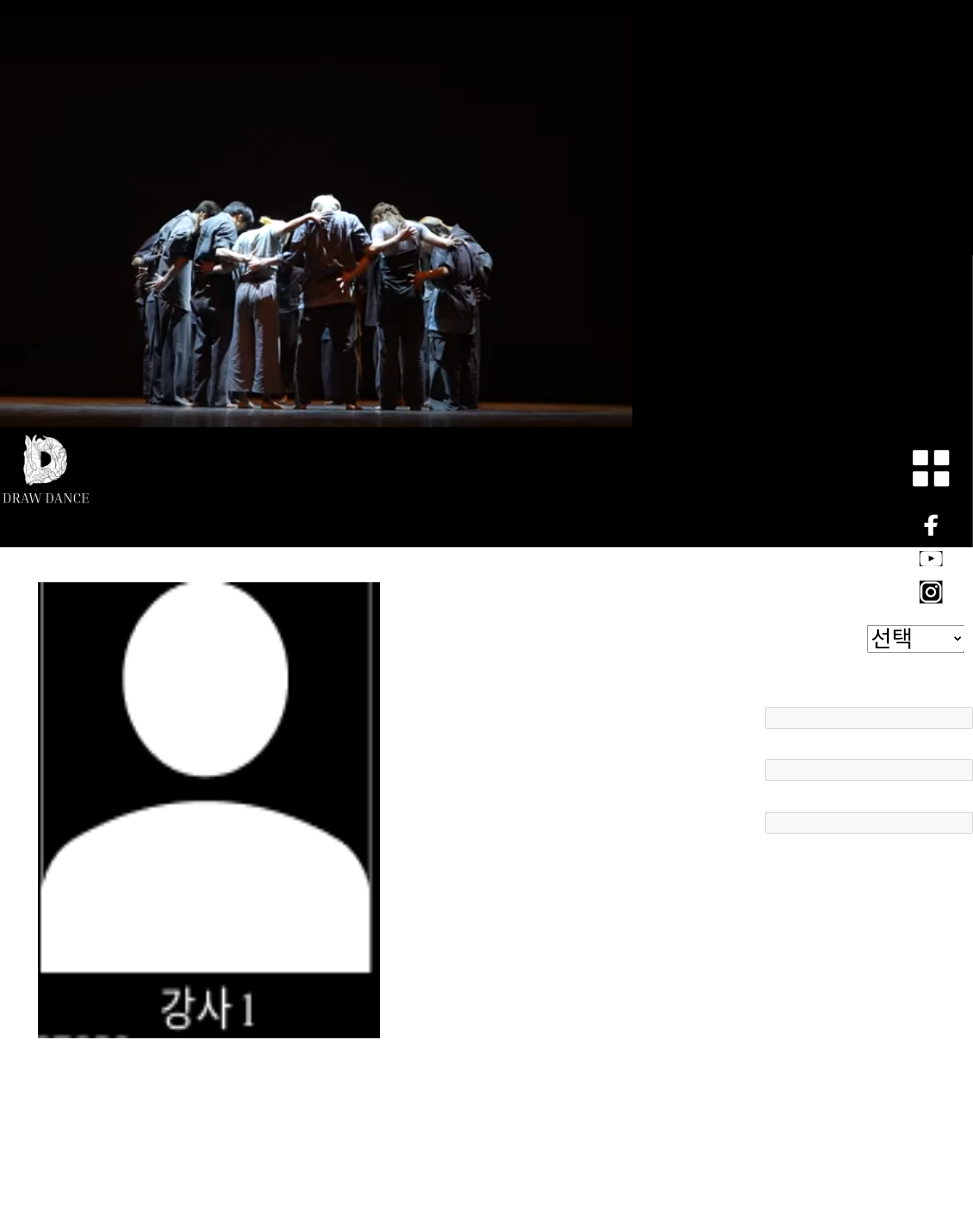
Repository: seonghun9906/semiProject
Page: http://localhost/drawAcademy/WEB-INF/views/Class/class1.jsp
These files come from the project's save history. The page is drawn as it stood at one moment and after the next save; the edit follows.
The browser window is 1280 px wide. The pictures show the whole page, at 76% of full size.
The page is served by Tomcat 9. Nobody is signed in. Other server files are loaded and not shown. The template is opened directly, without the code that normally fills it, so the values that code supplies are empty.

Above is the page before, as saved 2024-02-27 06:38:39.
Console error: SyntaxError: Unexpected token ','

### drawAcademy/src/main/webapp/WEB-INF/views/Class/class1.jsp
<%@ page language="java" contentType="text/html; charset=UTF-8"
	pageEncoding="UTF-8"%>
<%@ taglib uri="http://java.sun.com/jsp/jstl/core" prefix="c"%>
<%@ page import="java.util.List"%>

<!DOCTYPE html>
<html>
<head>
<meta charset="UTF-8">
<title>Insert title here</title>
<link rel="stylesheet" href="resources/css/class1.css">
<script src="https://code.jquery.com/jquery-3.7.1.min.js"
	integrity="sha256-/JqT3SQfawRcv/BIHPThkBvs0OEvtFFmqPF/lYI/Cxo="
	crossorigin="anonymous"></script>

<script>
   $(function() {
      let m = "${msg}";
      if (m != "") {
         alert(m);
      }
   });
</script>
</head>
<!--<h1> Home Page</h1>   -->
<body>
	<div class="bodyMain">
		<div class="title">TeacherName1</div>
		<img src="resources/images/demitasse2.PNG" class=demitasse>
		<div class="headerMenu">
			<button class="Home-btn" onclick="location.href='./'">
				<img src="resources/images/lg.png" class="logo">
			</button>
		</div>
		<div id="menu-container">
			<img src="resources/images/menu.png" id="menuButton">
			<div id="rectangle">
				<br> <br>
				<button class="Home-btn" onclick="location.href='./'">
					<p>HOME</p>
				</button>
				<br> <br> <br>
				<button class="ABOUT-btn" onclick="location.href='./about'">
					<p>ABOUT</p>
				</button>
				<br> <br> <br>
				<button class="INSTRUCTORS-btn"
					onclick="location.href='./instructors'">
					<p>INSTRUCTORS</p>
				</button>
				<br> <br> <br>
				<button class="CLASS-btn" onclick="location.href='./classpage'">
					<p>CLASS</p>
				</button>
				<br> <br> <br>
				<button class="CONTACT-btn" onclick="location.href='./qboard'">
					<p>FAQ</p>
				</button>
				<br> <br> <br> <br> <br> <br> <br>
				<br> <br> <br> <br> <br> <br> <br>
				<div class="smallWord">
					<button id="loginBtn" class="LOGIN-btn"
						onclick="location.href='./login'">
						<small>LOGIN</small>
					</button>
					<form id="logoutForm" action="logout" method="get">
						<button class="LOGIN-btn" onclick="location.href='./'">
							<small>LOGOUT</small>
						</button>
					</form>
					<button id="signupBtn" class="SIGNUP-btn"
						onclick="location.href='./signUp'">
						<small>SIGN UP</small>
					</button>
					<button id="myPage" class="MYPAGE-btn"
						onclick="location.href='./mypage'">
						<small>MY PAGE</small>
					</button>
				</div>
				<br> <br> <br>
				<div id="icon-container2">
					<a href="https://www.facebook.com"> <img
						src="resources/images/facebookIcon.png" class="facebook">
					</a> <a href="https://www.youtube.com"> <img
						src="resources/images/youtubeIcon.png" class="youtube">
					</a> <a href="https://www.instagram.com"> <img
						src="resources/images/instagramIcon.png" class="instagram">
					</a>
				</div>
			</div>

			<div id="icon-container">
				<a href="https://www.facebook.com"> <img
					src="resources/images/facebookIcon.png" class="facebook">
				</a> <a href="https://www.youtube.com"> <img
					src="resources/images/youtubeIcon.png" class="youtube">
				</a> <a href="https://www.instagram.com"> <img
					src="resources/images/instagramIcon.png" class="instagram">
				</a>
			</div>
		</div>
		<div class="class1">
			<img src="resources/images/강사 프로필 사진.PNG" alt="강사1" class="teacher1">
			<p>
			<div class="classinfo">
				<span>| DATE: 3/19 |</span> <span>DAY: MON |</span> <span>TIME:
					19:30-20:30 |</span> <span>Class A </span> <span>${classLimitA}/20
					|</span>
				</p>
				<p>
					<span>| DATE: 3/20 |</span> <span>DAY: TUE |</span> <span>TIME:
						20:30-21:30 |</span> <span>Class B </span> <span>${classLimitB}/20
						|</span>
				</p>
				<p>
					<span>| DATE: 3/21 |</span> <span>DAY: WED |</span> <span>TIME:
						15:30-16:30 |</span> <span>Class C</span> <span>${classLimitC}/20
						|</span>
				</p>
				<p>
					<span>| DATE: 3/22 |</span> <span>DAY: THU |</span> <span>TIME:
						16:30-17:30 |</span> <span>Class D</span> <span>${classLimitD}/20
						|</span>
				</p>
				<p>
					<span>| DATE: 3/23 |</span> <span>DAY: FRI |</span> <span>TIME:
						18:30-19:30 |</span> <span>Class E</span> <span>${classLimitE}/20
						|</span>
				</p>
			</div>
			<div class="selectOption">
				<form action="class1proc" method="post" id="class1proc"
					onsubmit="return checkClass(event);">
					<label for="selectOption">수강신청 :</label> <select id="selectOption"
						class="selected" name="className">
						<option value="none" id="none" selected>선택</option>
						<option value="classA" id="classA">Class A</option>
						<option value="classB" id="classB">Class B</option>
						<option value="classC" id="classC">Class C</option>
						<option value="classD" id="classD">Class D</option>
						<option value="classE" id="classE">Class E</option>
					</select>
					<p>

						<span>Date: <input type="text" id="dateField" name="date"
							class="className" readonly></span> <br>
						<span>Day: <input type="text" id="dayField" name="day"
							class="className" readonly></span> <br>
						<span>Time: <input type="text" id="timeField" name="time"
							class="className" readonly></span> <input type="hidden"
							name="m_id" value="${m_id}">
					</p>
					<h3>내 수강신청 목록</h3>
					<ul>
						<c:forEach var="cl" items="${cList}" varStatus="loop">
							<input type="hidden" id="classCheck" value="${cl.className}">
							<li>${cl.className}</li>
						</c:forEach>
					</ul>


					<button type="submit">
						<span></span> <span></span> <span></span> <span></span> 수강신청
					</button>

				</form>
			</div>
		</div>
	</div>





</body>
<script>
   var rectangle = document.getElementById('rectangle');
   var menuButton = document.getElementById('menuButton');
   var iconContainer = document.getElementById('icon-container');
   var isRectangleVisible = false; // rectangle의 초기 상태를 정의 - 첫 메뉴 클릭 때 실행되지 않는 현상 해결

   menuButton.addEventListener('click', function() {
      if (!isRectangleVisible) {
         rectangle.style.display = 'block';
         iconContainer.style.display = 'none'; //메뉴 창이 나오면서 iconcontainer 사라지기
         isRectangleVisible = true; // rectangle이 보이는 상태로 설정
      } else {
         rectangle.style.display = 'none';
         iconContainer.style.display = 'flex';
         isRectangleVisible = false; // rectangle이 숨겨진 상태로 설정
      }
   });

</script>
<script>
$(document).ready(function () {
    // 아무 것도 선택하지 않았을 때 비활성화
    $("#dateField, #dayField, #timeField").prop("disabled", true);

    $("#selectOption").on('change', function () {
        var selectedClass = $(this).val();
        console.log("selectedClass:", selectedClass);

        // 이미 수강 중인 경우 필드를 비활성화하고 알림
        var isFieldDisabled = disableFieldsIfAlreadyEnrolled(selectedClass);
        if (isFieldDisabled) {
            alert("이미 수강신청한 CLASS입니다.");
            event.preventDefault();
            return;
        }

        // 선택된 클래스에 따라 필드 값 설정
        var classData = getClassData(selectedClass);
        setFieldValues(classData);

        // 필드를 활성화
        $("#dateField, #dayField, #timeField").prop("disabled", false);
    });

    // 이미 수강 중인 경우 필드를 비활성화하고 true를 반환
    function disableFieldsIfAlreadyEnrolled(selectedClass) {
        var classCheckElement = document.querySelectorAll("#classCheck");
        for (var classCheckItem of classCheckElement) {
            var classCheck = classCheckItem ? classCheckItem.value : null;
            if (classCheck == selectedClass || selectedClass === "none") {
                // 이미 중복되었다고 알리고 필드를 빈칸으로 비활성화
                $("#dateField, #dayField, #timeField").val("");
                return true;
            }
        }
        return false;
    }

    // 선택된 클래스에 따라 필드 값 설정
    function getClassData(selectedClass) {
        var classData = {
            "classA": { date: "3/19", day: "MON", time: "19:30-20:30" },
            "classB": { date: "3/20", day: "TUE", time: "20:30-21:30" },
            "classC": { date: "3/21", day: "WED", time: "15:30-16:30" },
            "classD": { date: "3/22", day: "THU", time: "16:30-17:30" },
            "classE": { date: "3/23", day: "FRI", time: "18:30-19:30" }
        };

        return classData[selectedClass] || {};
    }

    // 필드에 값을 설정
    function setFieldValues(classData) {
        $("#dateField").val(classData.date || "");
        $("#dayField").val(classData.day || "");
        $("#timeField").val(classData.time || "");
    }
});
</script>

<script>
function checkClass(event) {
    var selectedClass = $("#selectOption").val();
    var classLimits = {
        "classA": ${classLimitA},
        "classB": ${classLimitB},
        "classC": ${classLimitC},
        "classD": ${classLimitD},
        "classE": ${classLimitE}
    };

    console.log("선택한 클래스: " + selectedClass);
    console.log("클래스 정원: " + classLimits[selectedClass]);

    // 정원 초과 체크
    if (classLimits[selectedClass] >= 20) {
        alert(selectedClass + " 정원이 초과되었습니다. 수강신청이 불가합니다.");
        return false;
    }

    return true;
}
</script>


<script>

$(document).ready(function() {
	  var loginBtn = $("#loginBtn");
	  var logoutForm = $("#logoutForm");
	  var signupBtn = $("#signupBtn");
	  var myPageBtn = $("#myPage");

	  var loggedInMember = '<%=session.getAttribute("login")%>';
	  console.log("세션에 저장된 값: " + loggedInMember);

	  // 여기서 로그인 여부를 확인하고 그에 따라 버튼을 표시하거나 숨깁니다.
	  var isLoggedIn = loggedInMember !== 'null' && loggedInMember !== '';

	  if (isLoggedIn) {
	    loginBtn.hide();
	    logoutForm.show();
	    signupBtn.hide();
	    myPageBtn.show();
	  } else {
	    loginBtn.show();
	    logoutForm.hide();
	    signupBtn.show();
	    myPageBtn.hide();
	  }
	});
</script>
</html>

### drawAcademy/src/main/webapp/resources/css/class1.css
@charset "UTF-8";

.header {
   position: absolute; background-color : #000000;
   width: 100%;
   height: 10%;
   background-color: #000000;
}
.demitasse{
.demitasse {
    position: fixed;
    top: -50%;
    left: 0;
    width: 115%;
    height: 150%;
    z-index: 9999;
    object-fit: cover;
    opacity: 0.5; /* 0부터 1까지의 값으로 투명도를 지정합니다. 0은 완전 투명, 1은 완전 불투명입니다. */
}
}

.bodyMain {
   position: absolute;
   background-color: #000000;
   top: 0;
   left: 0;
   bottom: 0;
   right: 0;
   width: 100%;
   height: 100%;
}

.headerMenu .Home-btn {
   position: absolute;
    background: none;
    border: none;
    padding: 0;
    cursor: pointer;
    width: auto; /* 이미지 크기에 맞게 자동으로 조정됨 */
    z-index: 9999;
}
.headerMenu .logo {
    width: 120px; /* 이미지가 버튼 내에서 꽉 차도록 설정 */
    height: auto; /* 이미지의 가로 세로 비율을 유지하면서 버튼에 맞게 조정 */
}

.facebook {
   width: 20px;
   height: 30px;
   z-index: 9999;
}

.youtube {
   width: 30px;
   height: 20px;
   z-index: 9999;
}

.instagram {
   width: 30px;
   height: 30px;
   z-index: 9999;
}

.video-container {
   position: absolute;
   top: 0;
   left: 0;
   width: 100vw;
   height:  100vh;
   z-index: 9995;
   overflow : hidden;
}

.video-container video {
   width: 100%;
   height: 100%;
    opacity: 0.8;
    /*transform: scaleX(1.5); /* 가로로 1.2배 확대 */
    object-fit: cover;
}

#menu-container {
   position: relative;
   z-index: 9999;
}

#menuButton {
   cursor: pointer;
   position: absolute;
   top: 25px;
   right: 30px; /* 오른쪽으로 이동 */
   display: flex;
   width: 50px;
   height: 50px;
   z-index: 9999;
}

#icon-container {
   position: absolute;
   top: 110px;
   right: 40px;
   display: flex;
   flex-direction: column; /* 세로 방향으로 아이콘을 나열 */
   align-items: center; /* 아이콘을 수직 중앙으로 정렬 */
   gap: 15px; /* 아이콘 사이의 간격 설정 */
   z-index: 9998;
}

#rectangle {
   /* 처음엔 숨겨져 있음 */
   position: absolute;
   top: 110px; /* toggleButton 바로 아래 위치 */
   right: 30px; /* menuButton과 같게 */
   width: 10.5%;
   min-height: 200px;
   color: black;
   background-color : black;
   display: none;
   border: 2px solid white;
   background-color: black;
   z-index: 9999;
}

#rectangle button {
   cursor: pointer;
    background-color: black;
    border: none;
    padding: 0.5em 0.5em; /* 위아래 0.5em, 좌우 1em으로 설정하여 버튼 크기를 내용에 맞게 조정 */
    color: white;
    font-size: 24px;
    gap: 15px;
}

#rectangle p {
   color: white;
   text-align: left;
   font-size: 25px;
   text-decoration: underline; /* 밑줄 */
   margin: 0px;
}

.smallWord {
   color: white;
   margin: 10px;
}

#icon-container2 {
   position: relative;
   right: -30px;
   display: flex;
   margin-bottom: 30px;
   flex-direction: row; /* 가로 방향으로 아이콘을 나열 */
   align-items: center; /* 아이콘을 수직 중앙으로 정렬 */
   gap: 15px; /* 아이콘 사이의 간격 설정 */
   z-index: 9998;
}
.class1{
	display : flex;
	margin-top : 100px;
	margin-left : 50px;
}

.teacher1{
	margin-top : 100px;
	width : 450px;
	height : 600px;

}
.classinfo{
	margin-top : 150px;
	margin-left : 85px;
	color : white;
	font-size : 35px;
}


.selectOption{
	margin-top : 150px;
	margin-left : 100px;
	color : white;
	font-size : 30px;

}

.selected{
	font-size : 30px;
	color :black;

}
.className{
	font-size : 20px;
	color :black;

}

.selectOption form button {
  cursor: pointer;
  position: relative;
  display: inline-block;
  padding: 10px 20px;
  color: #ffffff;
  font-size: 16px;
  text-decoration: none;
  text-transform: uppercase;
  overflow: hidden;
  transition: .5s;
  margin-left: 100px;
  margin-top: 10px;
  margin: 20px 5px; /* 좌우 여백을 조절 */
  letter-spacing: 4px;
  border: none;
  background-color: transparent;
}

.selectOption form button:hover {
  background: #ffffff;
  color: #000000;
  border-radius: 5px;
  box-shadow: 0 0 5px #ffffff,
              0 0 25px #ffffff,
              0 0 50px #ffffff,
              0 0 100px #ffffff;
}

.selectOption form button span {
  position: absolute;
  display: block;
}

.selectOption form button span:nth-child(1) {
  top: 0;
  left: -100%;
  width: 100%;
  height: 2px;
  background: linear-gradient(90deg, transparent, #ffffff);
  animation: btn-anim1 1s linear infinite;
}

@keyframes btn-anim1 {
  0% {
    left: -100%;
  }
  50%,100% {
    left: 100%;
  }
}

.selectOption form button span:nth-child(2) {
  top: -100%;
  right: 0;
  width: 2px;
  height: 100%;
  background: linear-gradient(180deg, transparent, #ffffff);
  animation: btn-anim2 1s linear infinite;
  animation-delay: .25s
}

@keyframes btn-anim2 {
  0% {
    top: -100%;
  }
  50%,100% {
    top: 100%;
  }
}

.selectOption form button span:nth-child(3) {
  bottom: 0;
  right: -100%;
  width: 100%;
  height: 2px;
  background: linear-gradient(270deg, transparent, #ffffff);
  animation: btn-anim3 1s linear infinite;
  animation-delay: .5s
}

@keyframes btn-anim3 {
  0% {
    right: -100%;
  }
  50%,100% {
    right: 100%;
  }
}

.selectOption form button span:nth-child(4) {
  bottom: -100%;
  left: 0;
  width: 2px;
  height: 100%;
  background: linear-gradient(360deg, transparent, #ffffff);
  animation: btn-anim4 1s linear infinite;
  animation-delay: .75s
}

@keyframes btn-anim4 {
  0% {
    bottom: -100%;
  }
  50%,100% {
    bottom: 100%;
  }
}

After the next save:
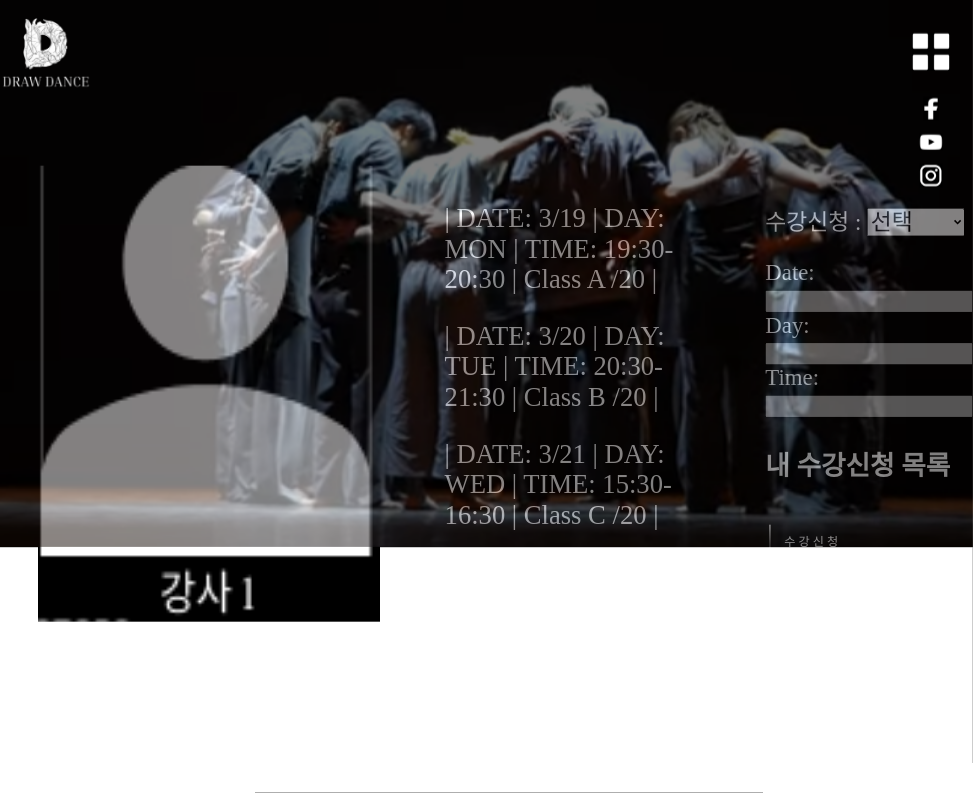
Saved 10 s later.
--- a/drawAcademy/src/main/webapp/resources/css/class1.css
+++ b/drawAcademy/src/main/webapp/resources/css/class1.css
@@ -7,7 +7,6 @@
    background-color: #000000;
 }
 .demitasse{
-.demitasse {
     position: fixed;
     top: -50%;
     left: 0;
@@ -16,7 +15,6 @@
     z-index: 9999;
     object-fit: cover;
     opacity: 0.5; /* 0부터 1까지의 값으로 투명도를 지정합니다. 0은 완전 투명, 1은 완전 불투명입니다. */
-}
 }
 
 .bodyMain {
